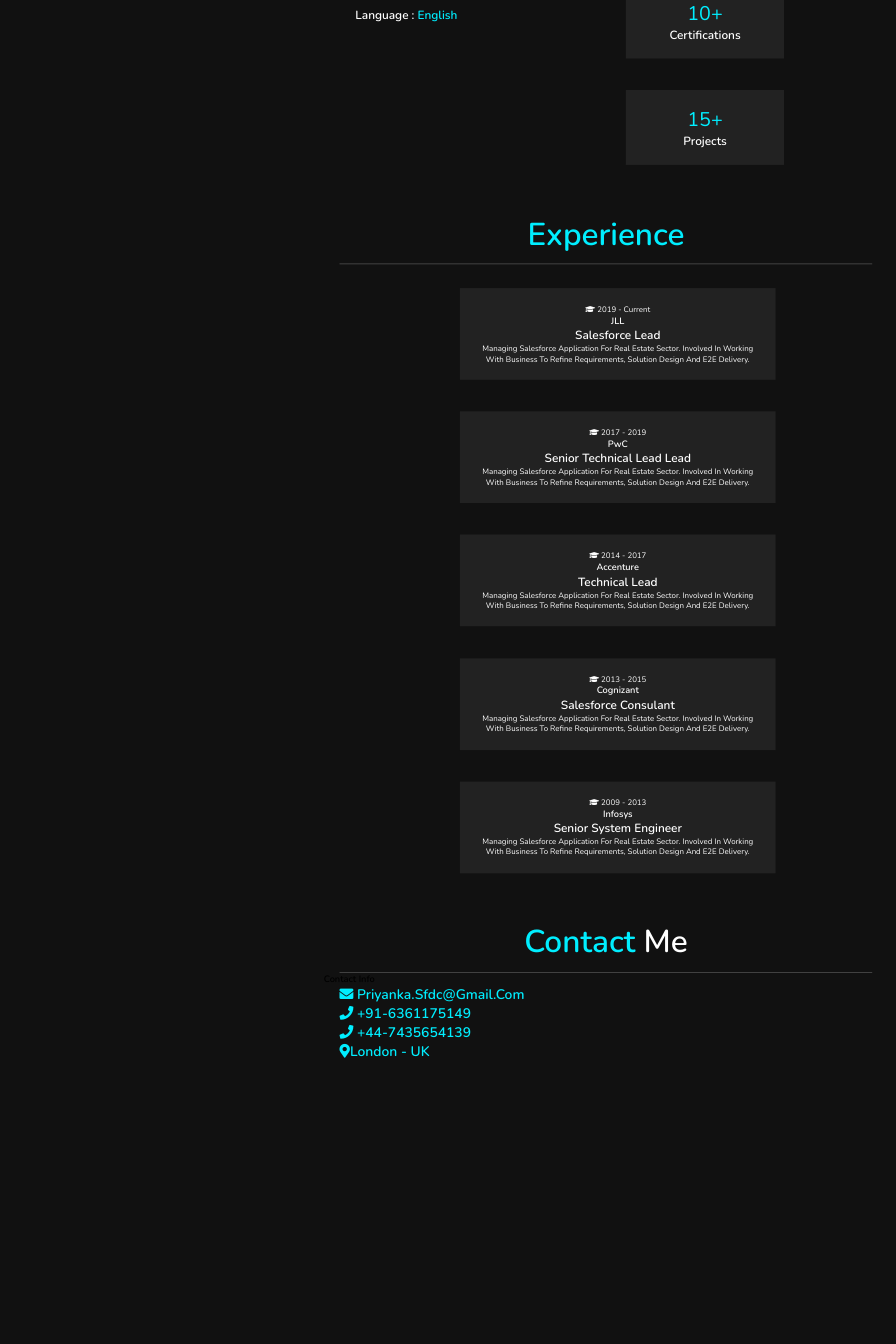
Repository: priyanka-bishnoi/PortfolioPage
Page: MyPage.html
These files come from the project's save history. The page is drawn as it stood at one moment and after the next save; the edit follows.
The browser window is 1280 px wide. The pictures show the part of the page from y = 1202 to 3122 px (the page is 3214 px tall before and 2922 px after), at 70% of full size.

Above is the page before, as saved 2022-10-09 15:12:44.

After the next save:
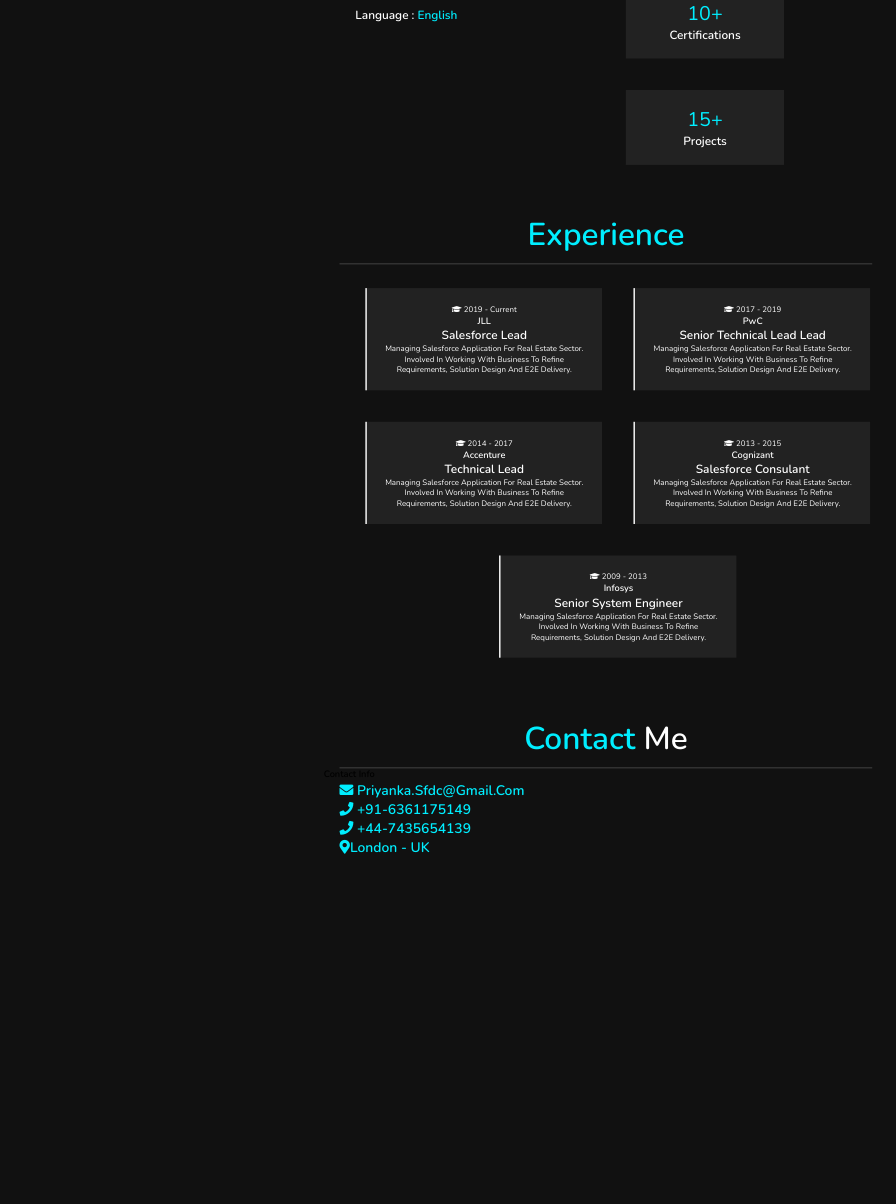
Saved 4 min 22 s later.
--- a/css/style.css
+++ b/css/style.css
@@ -209,11 +209,13 @@ header .navBar ul li a:hover{
 }
 
 .experience .exp .box {
-    width: 40rem;
+    width: 30rem;
     background: #222;
     text-align: center;
     padding: 2rem;
     margin: 2rem;
+    border-left: .2rem solid #fff;
+    position: relative;
 }
 
 
